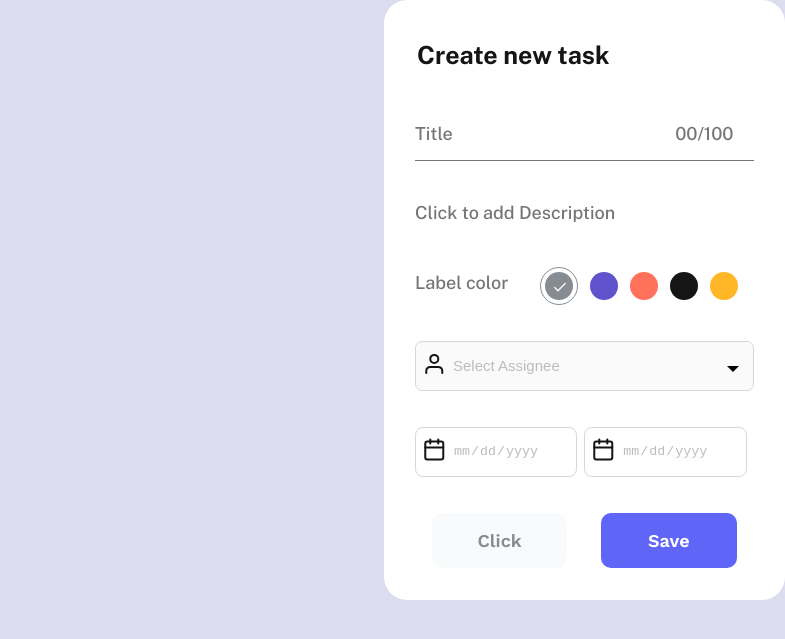
Repository: MorgunovaAlexandra/verstka-form
Page: index.html
An editor plug-in stored every save of this project. The page is shown before and after a run of saves, followed by the edit.
The browser window is 768 px wide. The page is 785 px wide, then 768 px, so the pictures cover 785 px, including what lies to the right of the window. The pictures show the whole page.
The style sheet was rebuilt from its Sass, Less or Tailwind sources for each picture, by a compiler version that may differ from the author's.

Above is the page before, as saved 2022-06-24 17:18:59.

After the next 2 saves:
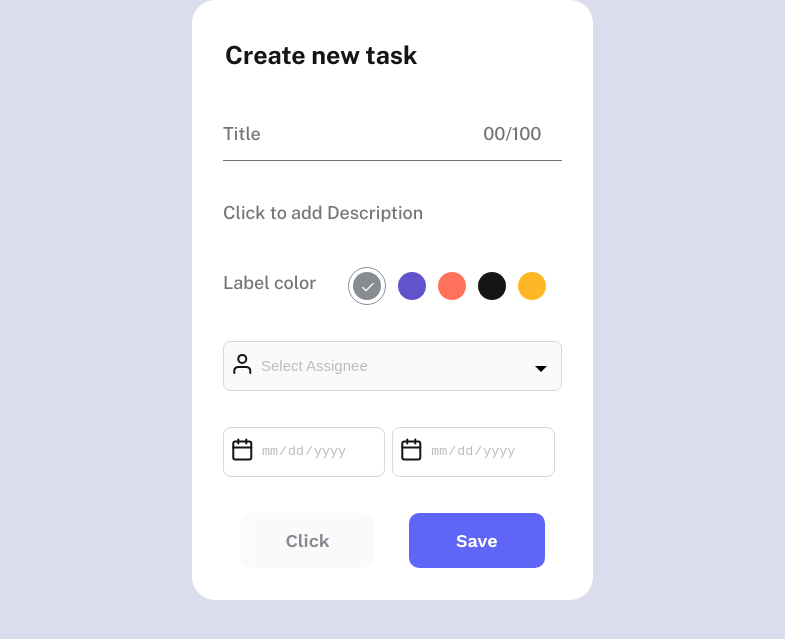
The 2 saves are shown as one change because they came seconds apart.
The last was saved 8 s later.
--- a/scss/style.scss
+++ b/scss/style.scss
@@ -254,7 +254,7 @@ z-index: 44;
     height: 600.21px;
     position: absolute;
     top:0px;
-    left: 50%;
+    left: 25%;
     -webkit-transform: none; /* Safari and Chrome */
        -moz-transform: none; /* Firefox */
         -ms-transform: none; /* IE 9 */
